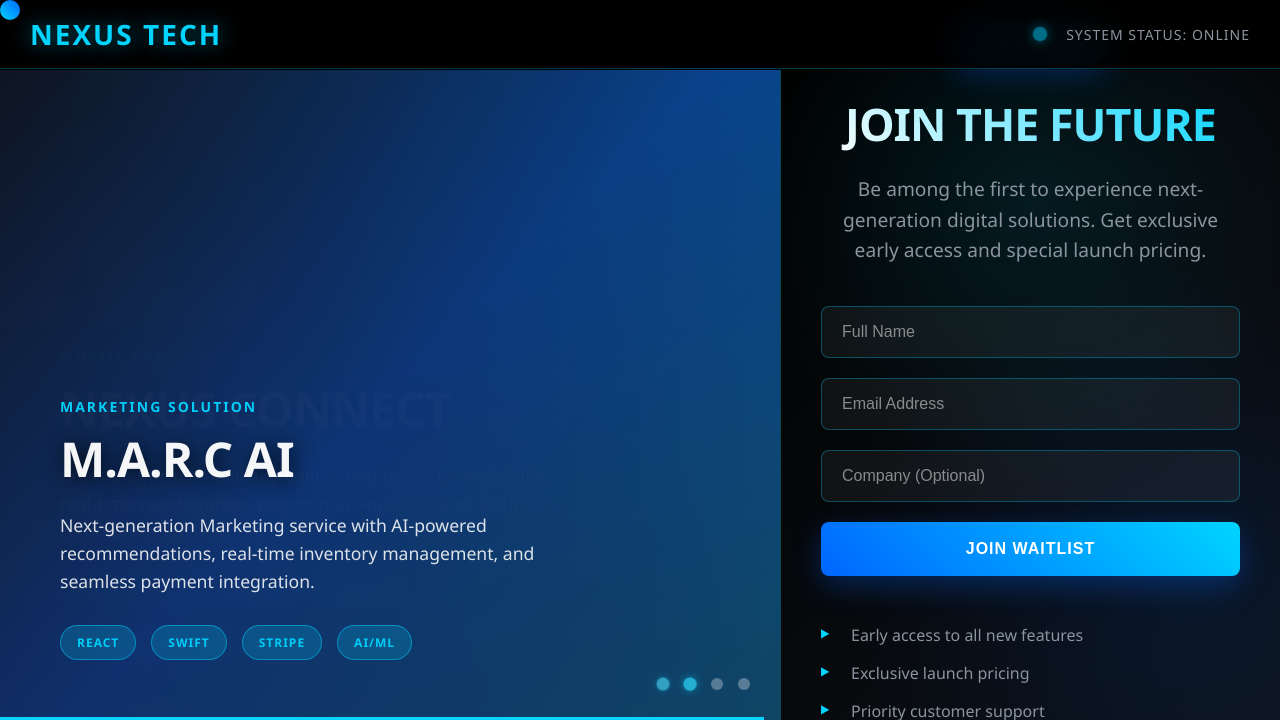
Repository: techandbeauty/NexusTech-Service-Portal
Page: index.html
The author's editor kept a copy of each file at every save. The page is drawn from the files as they stood at one save, then again after the next save.
The browser window is 1280 px wide. The pictures show the whole page.

Above is the page before, as saved 2025-06-17 13:52:41.

After the next save:
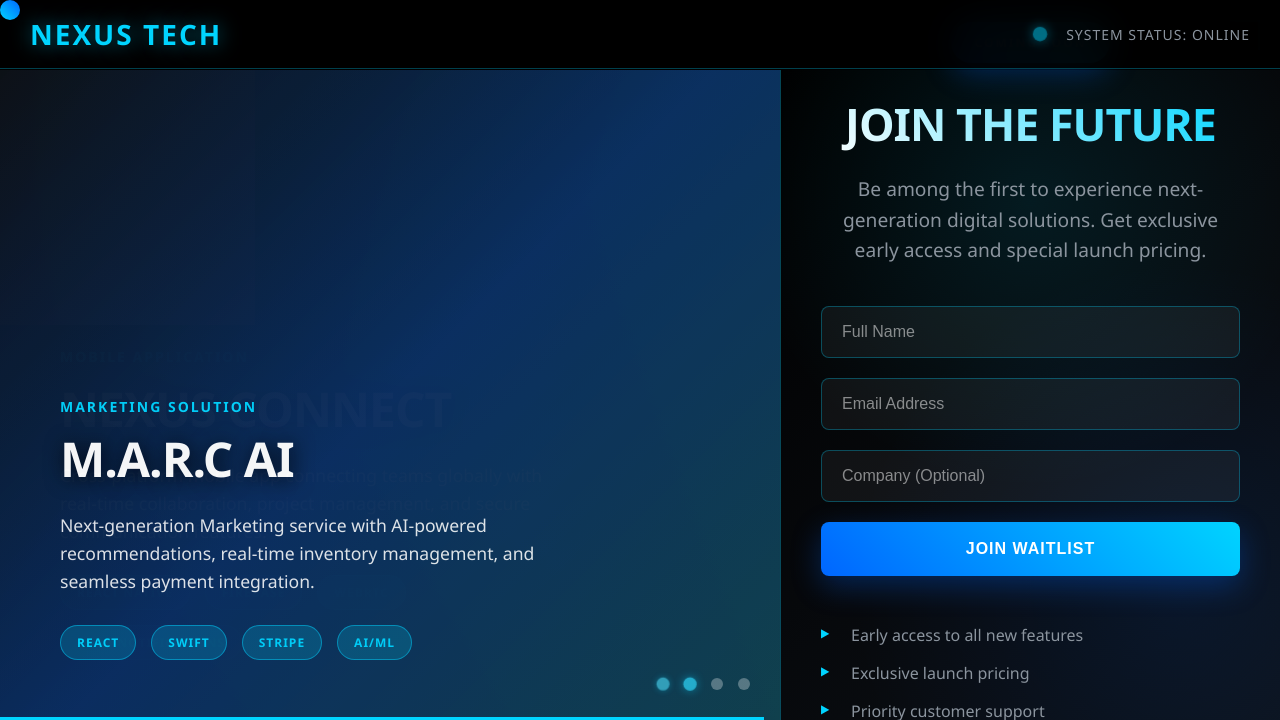
Saved 10 min 54 s later.
--- a/index.html
+++ b/index.html
@@ -496,7 +496,7 @@
                 <div class="progress-bar"></div>
 
                 <!-- Slide 1 - E-commerce Platform -->
-                <div class="project-slide active" style="background-image: linear-gradient(45deg, #1a1a2e, #16213e, #0f3460);">
+                <div class="project-slide active" style="background-image: url linear-gradient(45deg, #1a1a2e, #16213e, #0f3460);">
                     <div class="project-info">
                         <div class="project-category">Marketing Solution</div>
                         <h2 class="project-title">M.A.R.C Ai</h2>
